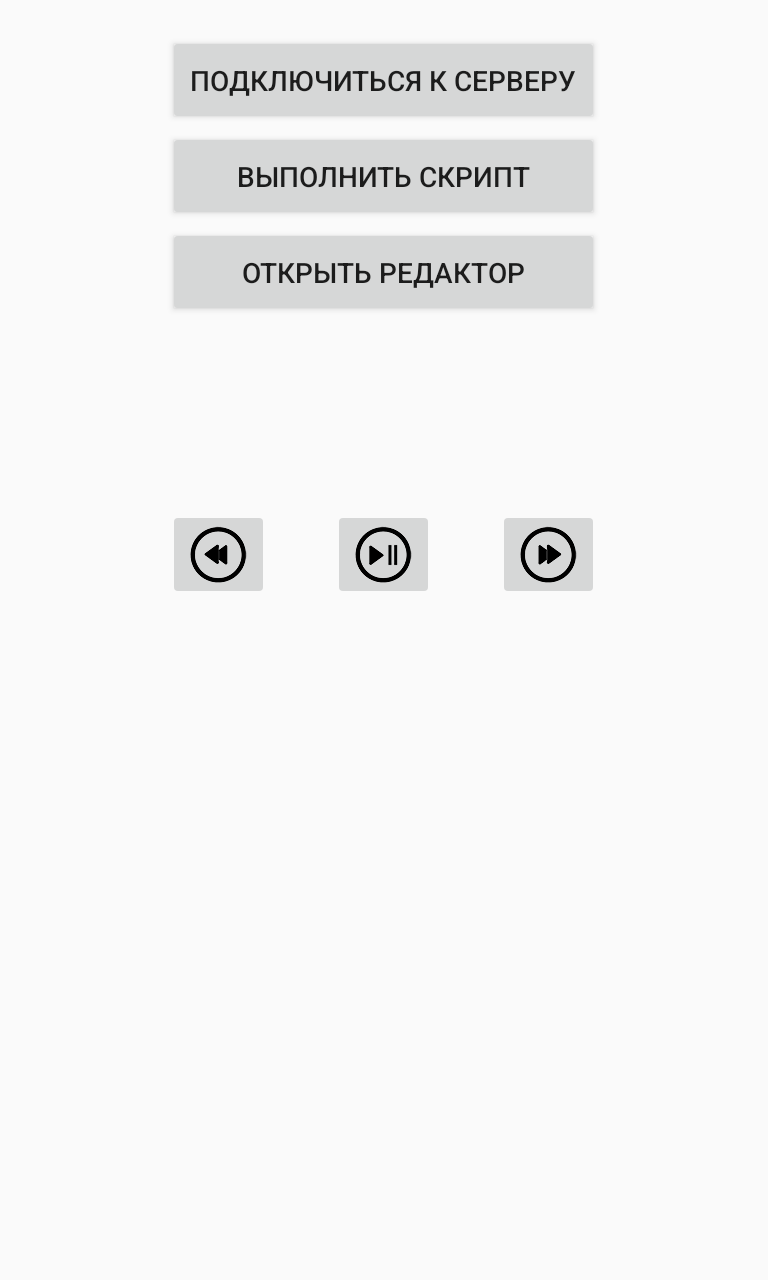
Repository: Laboratory711/Nightjar
Layout: android/Nightjar/workspace/Nightjar/res/layout/fragment_lab1.xml
These files come from the project's save history. The layout is drawn as it stood at one moment and after the next save; the edit follows.
It is drawn on a 768 x 1280 px phone screen (xhdpi) without system bars, with theme AppTheme; the app's code is not run.

Above is the layout before, as saved 2014-03-29 23:42:12.

### android/Nightjar/workspace/Nightjar/res/layout/fragment_lab1.xml
<RelativeLayout xmlns:android="http://schemas.android.com/apk/res/android"
    xmlns:tools="http://schemas.android.com/tools"
    android:layout_width="match_parent"
    android:layout_height="match_parent"
    android:paddingBottom="@dimen/activity_vertical_margin"
    android:paddingLeft="@dimen/activity_horizontal_margin"
    android:paddingRight="@dimen/activity_horizontal_margin"
    android:paddingTop="@dimen/activity_vertical_margin"
    tools:context="ru.vint.labsoo.Lab1$PlaceholderFragment" >

    <Button
        android:id="@+id/button4"
        android:layout_width="wrap_content"
        android:layout_height="wrap_content"
        android:layout_alignLeft="@+id/button2"
        android:layout_alignRight="@+id/button2"
        android:layout_below="@+id/button2"
        android:onClick="onClicNP"
        android:text="@string/text_buttom4_Name"
        android:visibility="visible" />

    <Button
        android:id="@+id/button2"
        android:layout_width="wrap_content"
        android:layout_height="wrap_content"
        android:layout_alignLeft="@+id/button1"
        android:layout_alignRight="@+id/button1"
        android:layout_below="@+id/button1"
        android:onClick="onClickBL"
        android:text="@string/text_buttom2_Name"
        android:visibility="visible" />

    <Button
        android:id="@+id/button1"
        android:layout_width="wrap_content"
        android:layout_height="wrap_content"
        android:layout_alignParentTop="true"
        android:layout_centerHorizontal="true"
        android:onClick="onClickButtom1"
        android:text="@string/text_buttom_Name" />

    <ImageButton
        android:id="@+id/imageButton2"
        android:layout_width="wrap_content"
        android:layout_height="wrap_content"
        android:layout_alignTop="@+id/imageButton3"
        android:layout_centerHorizontal="true"
        android:onClick="onClickPlayer"
        android:src="@drawable/play" />

    <ImageButton
        android:id="@+id/imageButton1"
        android:layout_width="wrap_content"
        android:layout_height="wrap_content"
        android:layout_alignLeft="@+id/button4"
        android:layout_alignTop="@+id/imageButton2"
        android:onClick="onClickPlayer"
        android:src="@drawable/prev" />

    <ImageButton
        android:id="@+id/imageButton3"
        android:layout_width="wrap_content"
        android:layout_height="wrap_content"
        android:layout_alignRight="@+id/button4"
        android:layout_below="@+id/button4"
        android:layout_marginTop="93dp"
        android:onClick="onClickPlayer"
        android:src="@drawable/next" />

</RelativeLayout>

### android/Nightjar/workspace/Nightjar/res/values/strings.xml
<?xml version="1.0" encoding="utf-8"?>
<resources xmlns:android="http://schemas.android.com/apk/res/android">

    <string android:id="@+id/string5" name="text_about" android:layout_width="wrap_content" android:layout_height="wrap_content">
        \n
        \tДанное приложение не функцианирует без серверной части.\n
        \n\t<b>Для установки соединения с сервером перейдите в раздел настройки и установите IP адрес сервера и порт(если на сервере используеться отличный от настроек по умолчанию).</b>\n\n
        \tПриложение управляет некоторыми возможностями компьютера с помощью скриптового языка AutoIT.\n
        \tБолее полную информацию можно посмотреть в документации к серверной части.\n
        \tПриложение написано группой студентов.\n
        \t\tКувшинов Иван\n
        \t\tАбаев Азамат\n
        \t\tКремнева Анастасия\n
        \t\tКузнецова Полина\n
        \t\tДимеденко Ольга\n
        \t\tИванова Анастасия\n
        \n
        \tИспользовать данную версию приложение можно совершенно безвозмездно. =)\n
	</string>
    <string name="app_name">Nightjar</string>
    <string name="action_settings">Настройки</string>
    <string name="action_about">О программе</string>
    <string android:id="@+id/string1" name="text_IP" android:layout_width="wrap_content" android:layout_height="wrap_content">IP Адрес сервера</string>
    <string android:id="@+id/string2" name="text_Port" android:layout_width="wrap_content" android:layout_height="wrap_content">Адрес порта</string>
    <string android:id="@+id/string3" name="text_buttom_Name" android:layout_width="wrap_content" android:layout_height="wrap_content">Подключиться к серверу</string>
    <string android:id="@+id/string4" name="TV_text" android:layout_width="wrap_content" android:layout_height="wrap_content"></string>
    <string android:id="@+id/string6" name="text_buttom2_Name" android:layout_width="wrap_content" android:layout_height="wrap_content">Выполнить скрипт</string>
    <string android:id="@+id/string8" name="text_buttom4_Name" android:layout_width="wrap_content" android:layout_height="wrap_content">Открыть редактор</string>
    <string android:id="@+id/string9" name="text_List" android:layout_width="wrap_content" android:layout_height="wrap_content">Выбирите скрипт</string>
    <string name="pref_IP">IP_adres</string>
    <string name="pref_App">App</string>
    <string name="pref_Port">Prot</string>
    <string name="title_activity_list">List</string>
    <string name="about_title">О программе</string>
    <string name="title_activity_notepad">Notepad</string>

</resources>

Loaded but not shown: android/Nightjar/workspace/Nightjar/res/values/styles.xml (common file); android/Nightjar/workspace/Nightjar/res/values-v11/styles.xml (common file); android/Nightjar/workspace/Nightjar/res/values-v14/styles.xml (common file); android/Nightjar/workspace/Nightjar/res/values/dimens.xml (common file); android/Nightjar/workspace/Nightjar/res/values-w820dp/dimens.xml (common file)

After the next save:
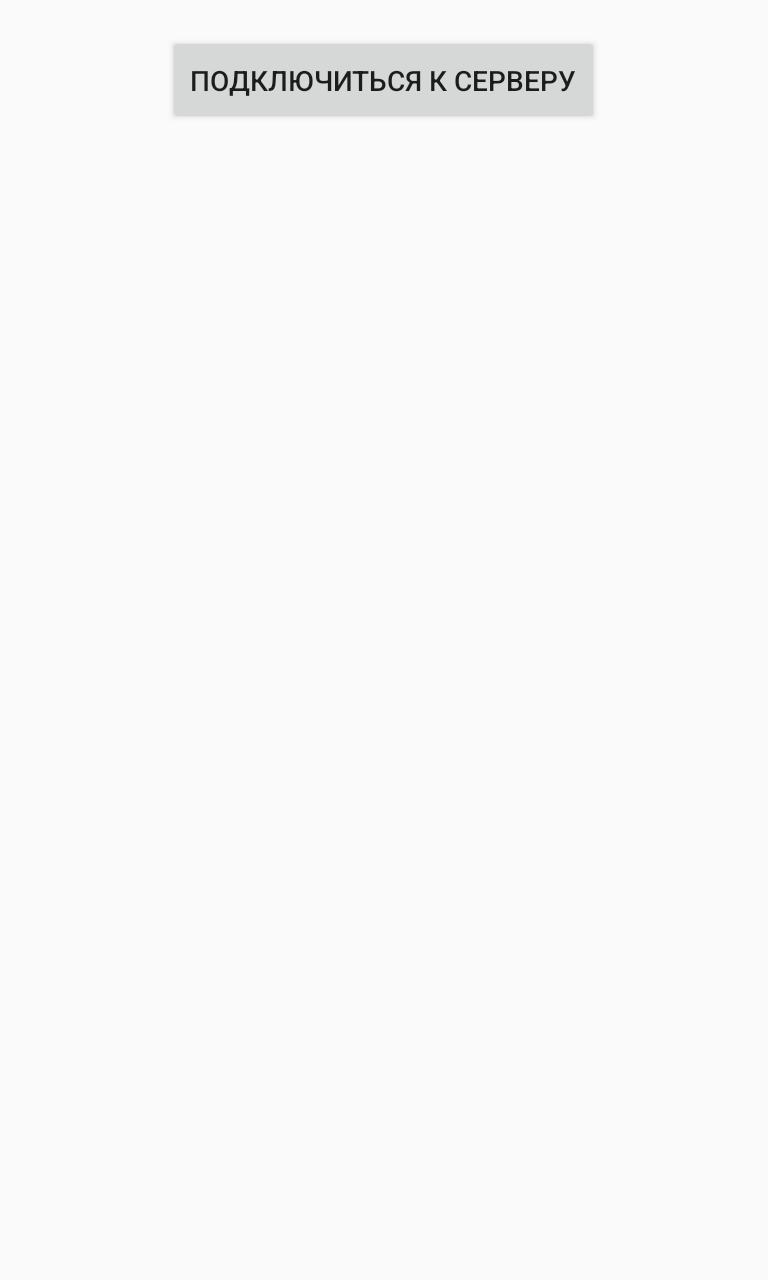
Saved 61 s later.
--- a/android/Nightjar/workspace/Nightjar/res/layout/fragment_lab1.xml
+++ b/android/Nightjar/workspace/Nightjar/res/layout/fragment_lab1.xml
@@ -17,7 +17,7 @@
         android:layout_below="@+id/button2"
         android:onClick="onClicNP"
         android:text="@string/text_buttom4_Name"
-        android:visibility="visible" />
+        android:visibility="invisible" />
 
     <Button
         android:id="@+id/button2"
@@ -28,7 +28,7 @@
         android:layout_below="@+id/button1"
         android:onClick="onClickBL"
         android:text="@string/text_buttom2_Name"
-        android:visibility="visible" />
+        android:visibility="invisible" />
 
     <Button
         android:id="@+id/button1"
@@ -46,7 +46,8 @@
         android:layout_alignTop="@+id/imageButton3"
         android:layout_centerHorizontal="true"
         android:onClick="onClickPlayer"
-        android:src="@drawable/play" />
+        android:src="@drawable/play"
+        android:visibility="invisible" />
 
     <ImageButton
         android:id="@+id/imageButton1"
@@ -55,7 +56,8 @@
         android:layout_alignLeft="@+id/button4"
         android:layout_alignTop="@+id/imageButton2"
         android:onClick="onClickPlayer"
-        android:src="@drawable/prev" />
+        android:src="@drawable/prev"
+        android:visibility="invisible" />
 
     <ImageButton
         android:id="@+id/imageButton3"
@@ -65,6 +67,7 @@
         android:layout_below="@+id/button4"
         android:layout_marginTop="93dp"
         android:onClick="onClickPlayer"
-        android:src="@drawable/next" />
+        android:src="@drawable/next"
+        android:visibility="invisible" />
 
 </RelativeLayout>
